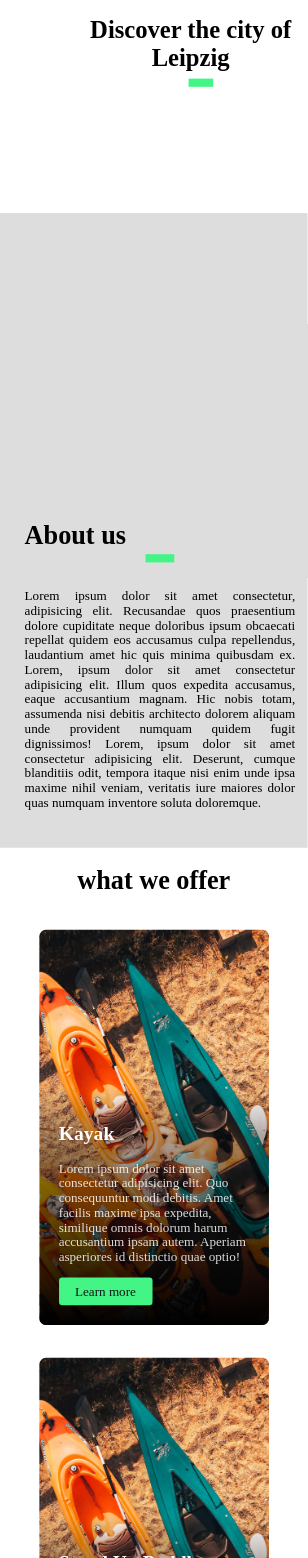
Repository: joseluis2289/Responsive-club-website
Page: index.html
The author's editor kept a copy of each file at every save. The page is drawn from the files as they stood at one save, then again after the next save.
The browser window is 375 px wide. The pictures show the part of the page from y = 845 to 2745 px (the page is 4357 px tall), at 82% of full size.
Pictures or frames that could not be fetched are drawn as grey boxes.

Above is the page before, as saved 2021-08-24 13:25:10.

### index.html
<!DOCTYPE html>
<html lang="en">
<head>
    <meta charset="UTF-8">
    <meta http-equiv="X-UA-Compatible" content="IE=edge">
    <meta name="viewport" content="width=device-width, initial-scale=1.0">
    <link rel="stylesheet" href="style.css">
    <script src="script.js" defer></script>
    <title>Responsive-Club-website</title>
</head>
<body>

    <nav class="navbar">
        <!-- hamburger toggle -->
        <div class="brand-title">Club-Website</div>
        <a href="#" class="toggle-button">
            <span class="bar"></span>
            <span class="bar"></span>
            <span class="bar"></span>
        </a>

        <div class="nav-links">
            <ul>
                <li><a href="#">Home</a></li>
                <li><a href="#">About</a></li>
                <li><a href="#">Contact</a></li>
            </ul>
        </div>
    </nav>
<div class="banner"></div>

<section class="welcome">
    <h1 class="discover-title">Discover the city of Leipzig</h1>
    <p class="p-discover">Discover the "water city of Leipzig". No matter whether by paddle <strong>or canoe or rowing boat.</strong>The city and its surroundings are among the most beautiful paddling areas in Saxony. Leipzig offers an incomparable combination of urban flair, unique Wilhelminian style architecture Unesco World Heritage Site and natural paradise Leipzig floodplain forest. Overall, the city has almost 300 km of extensive river and canal landscape.</p>

</section>

<!-- about us section -->
<div class="grid-container-about">
    <img class="grid-item-img" src="./Cosmetics Discount Sale Landscape Banner.png" alt="about">
    <div class="grid-item-text"><h1><a class="aboutUs-title" href="#">About us</a></h1><p class="aboutUs-text"> Lorem ipsum dolor sit amet consectetur, adipisicing elit. Recusandae quos praesentium dolore cupiditate neque doloribus ipsum obcaecati repellat quidem eos accusamus culpa repellendus, laudantium amet hic quis minima quibusdam ex. Lorem, ipsum dolor sit amet consectetur adipisicing elit. Illum quos expedita accusamus, eaque accusantium magnam. Hic nobis totam, assumenda nisi debitis architecto dolorem aliquam unde provident numquam quidem fugit dignissimos! Lorem, ipsum dolor sit amet consectetur adipisicing elit. Deserunt, cumque blanditiis odit, tempora itaque nisi enim unde ipsa maxime nihil veniam, veritatis iure maiores dolor quas numquam inventore soluta doloremque.</p></div>
</div>

<h1 class="tittle-what-we-offer">what we offer</h1>


<div class="card-container">
    <div class="card">
        <div class="card-content">
        <h2 class="card-title">Kayak</h2>
        <p class="card-body">Lorem ipsum dolor sit amet consectetur adipisicing elit. Quo consequuntur modi debitis. Amet facilis maxime ipsa expedita, similique omnis dolorum harum accusantium ipsam autem. Aperiam asperiores id distinctio quae optio!</p>
        <a href="#" class="button">Learn more</a>
    </div>
    </div>

    <div class="card">
        <div class="card-content">
        <h2 class="card-title"> Stand Up Paddle</h2>
        <p class="card-body">Lorem ipsum dolor sit amet consectetur adipisicing elit. Quo consequuntur modi debitis. Amet facilis maxime ipsa expedita, similique omnis dolorum harum accusantium ipsam autem. Aperiam asperiores id distinctio quae optio!</p>
        <a href="#" class="button">Learn more</a>
    </div>
    </div>


    <div class="card">
        <div class="card-content">
        <h2 class="card-title">Canoe</h2>
        <p class="card-body">Lorem ipsum dolor sit amet consectetur adipisicing elit. Quo consequuntur modi debitis. Amet facilis maxime ipsa expedita, similique omnis dolorum harum accusantium ipsam autem. Aperiam asperiores id distinctio quae optio!</p>
        <a href="#" class="button">Learn more</a>
    </div>
    </div>

</div>





<!-- <section class="what-we-offer">
     <!-- <div class="kayak">kayak</div>
   <img class="kayak" src="./kayak.png" alt="kayak">
   <img class="kayak" src="./boat.png" alt="boat">
   <img class="kayak" src="./sup.png" alt="sup">
</section> -->




<section class="register">
    <form id="register" action="#">
        <h2 class="register-title">Register now!</h2>
        <label for="first-name">First-name:</label>
        <br/>
        <input type="text" name="first-name" id='name' placeholder="Enter your name">
        <br/>
        <label for="last-name">Last-name:</label>
        <br/>
        <input type="text" name="last-name" id="name" placeholder="Enter your last name">
        <br/>
        <label for="email">Email:</label>
        <br/>
        <input type="text" name="email" id="name" placeholder="Enter your email">
        <br/>&nbsp;
        <!-- <label for="gender">Gender:</label>
        <br/>
        <input type="radio" name="gender" id="male">
        &nbsp;
        <span id="male">Male</span>
        &nbsp; &nbsp;
        <input type="radio" name="gender" id="female">
        &nbsp;
        <span id="female">Female</span> -->
        <br/> <br/>
    <input type="submit" value="submit" name="submit" id="submit">
    </form>
</section>

<footer class="footer">
    <div>footer</div>
</footer>
</body>
</html>

### style.css
:root{
    --clr-neutral-900: hsl(207,19%,9%);
    --crl-neutral-100: hsl(0,0%,100%);
    --crl-accent-400: hsl(142, 90%, 61%);

}

*,
*::before,
*::after {
    box-sizing: border-box;
}


*{
    box-sizing: border-box;
}

body{
    margin: 0;
    border: 0;
}

.navbar{
    display: flex;
    justify-content: space-between;
    align-items: center;
    background-color: #333;
    color: white;
    font-family: 'Poppins', sans-serif;

}

.brand-title{
    font-size: 1.6rem;
    margin: .5rem;
    text-transform: uppercase;
    letter-spacing: 4px;
    -webkit-box-shadow: 0 10px 6px -6px rgb(80, 73, 73);
    -moz-box-shadow:0 10px 6px -6px rgb(114, 110, 110);
    box-shadow: 0 10px 6px -6px rgb(136, 133, 133);
    border-radius:10px;
}

.nav-links ul {
    margin: 0;
    padding: 0;
    display: flex;
}
.nav-links li {
    list-style: none;
}

.nav-links li a {
    text-decoration: none;
    color: white;
    padding: 1rem;
    display: block;
}
.nav-links li:hover{
    background-color:#555;
}

.toggle-button {
    position: absolute;
    top: .75rem;
    right: 1rem;
    display: none;
    flex-direction: column;
    justify-content: space-between;
    width: 30px;
    height: 22px;
}

.toggle-button .bar {
    height: 3px;
    width: 100%;
    background-color: white;
    border-radius: 10px;
}

.banner{
    background-image: url("/Cosmetics\ Discount\ Sale\ Landscape\ Banner.png");
    background-repeat: no-repeat;
    background-position: cover;
    background-size: 100% 100vh;
    height: 100vh;
}

/* discover the city of Leipzig */
.welcome{
    text-align: center;
    height: 30vh;

}
.discover-title{
    display: block;
    position: relative;
    cursor: pointer;
}
.discover-title::after{
    content:"";
    position: absolute;
    left: 620px;
    background: var(--crl-accent-400);
    display: block;
    border: 0;
    margin: 0.5rem 0;
    width:300px;
    height: 10px;
    transform: scaleX(0.1);
    transition: transform 0.4s ease;

}

.discover-title:hover:after,
.discover-title:active:after{
    transform: scaleX(1);
    transform-origin: left;
    transition: transform 0.5s ease;
}


.grid-container-about{
    background-color: #ddd;
    display: grid;
    grid-template-columns: 1fr 1fr;
    padding: 30px;
}
.grid-item-img{
    width: 400px;
    height: 40vh;
    border-radius:10px;

}

/* about us  */

.aboutUs-title{
color: #000;
text-decoration: none;
border: 0;
margin: 0.5rem 0;
line-height: 1.4;
display: block;
position: relative;
}

.aboutUs-title:after{
    position: absolute;
    content: "";
    background: var(--crl-accent-400);
    display: block;
    left:0;
    bottom:0;
    line-height: 1.4;
    width:100%;
    height: 10px;
    transform: scaleX(0.1);
    transition: transform 0.4s ease;

}

.aboutUs-title:hover:after,
.aboutUs-title:active:after{
    transform: scaleX(1);
    transform-origin: left bottom;
    transition: transform 0.5s ease;
}




/* what we offer cards */
.tittle-what-we-offer{
    text-align: center;
}

.card-container{
    display: flex;
    justify-content: space-around;
}

.card{
    color: var(--crl-neutral-100);
    background-image: url(./we-offer.jpg);
    background-size: cover;
    padding: 12rem 0 0;
    /* ch is 35 character wide */
    max-width: 35ch;
    border-radius: 0.5rem;
    overflow: hidden;
    transition: transform 500ms ease;

}

.card:hover{
    transform: scale(1.05);
}



.card-content{
    /* this variable only exist within the card content */
    --padding: 1.5rem;
    padding: var(--padding);
    /* here im appying some saturation and opacity of the backgroud card in order to king of fade it out */
    background: linear-gradient(
        hsl(0 0% 0% / 0),
        hsl(0 0% 0% / 0.3) 20%,
        hsl(0 0% 0% / 1)
    );
}

.card-title{
    position: relative;
    /* max-content it line up the with of the title */
    width: max-content;


}

.card-title::after{
    content:"";
    position: absolute;
    height: 4px;
    /* here I'm moving the green bar to the left in order to animate */
    left: calc(var(--padding) * -1 );
    bottom: 0;
    width: calc(100% + var(--padding));
    background: var(--crl-accent-400);
    /* here I'm animating the green bar from left to right */
    transform-origin: left;
    transform: scaleX(0);
    transition: transform 500ms ease;
}

.card:hover .card-title::after{
    transform: scaleX(1);
}

.card-body{
    color: rgb(255 255 255 / 0.85);
}

.button{
    cursor:pointer;
    display: inline-block;
    padding: 0.5em 1.3em;
    text-decoration: none;
    color: var(--clr-neutral-900);
    background-color: var(--crl-accent-400);
    padding: 0.5em 1.25em;
    border-radius: 0.25em;
}


.button:hover,
.button:focus {
    background-color: var(--crl-neutral-100);
}


/* .what-we-offer{
    display: grid;
    grid-template-columns: 1fr 1fr 1fr;
    display: flex;
    justify-content: space-around;
}
.kayak{
    /* background-image:url("kayak.png");
    height: 40vh;
    margin: 10px;
    border-radius:10px;
    background: #ddd;
    box-shadow: 0 6px 10px rgba(14, 13, 13, 0.08), 0 0 6px rgba(0, 0, 0, 0.05);
    cursor: pointer;
}


.kayak:hover{
    border: rgba(0, 0, 0, 0.05) solid 0;
    transform: scale(1.05);
    box-shadow: 0 10px 20px rgba(0, 0, 0, 0.12), 0 4px 8px rgba(0, 0, 0, 0.06);
    transition: 0.3s;
} */

/* register */
.register-title{
    text-align: center;
    padding: 20px;
    font-family:'Poppins', sans-serif;
}
#register{

    background-color:rgba(0, 0, 0, 0.05);
    width: 600px;
    font-size: 18px;
    border-radius:10px;
    border:1px solid rgba(214, 210, 210, 0.3);
    box-shadow: 2px 2px 15px;
    color:rgb(24, 21, 21);
    margin: 50px auto;
    text-align: center;
    padding: 20px;

}
label{
    font-family:'Poppins', sans-serif;
    font-size: 18px;
}
input#name{
    width: 300px;
    border: 1px solid #ddd;
    border-radius: 3px;
    outline: 0;
    padding: 7px;
    background-color: #fff;
    box-shadow: inset 1px 1px 5px
    rgba(0,0,0,0.3);
}


input#submit{
    width: 200px;
    padding: 7px;
    font-size: 16px;
    font-family: sans-serif;
    font-weight: 600;
    border: none;
    border-radius:3px;
    background-color:rgba(250, 100, 0, 0.8);
    color:black;
    cursor:pointer;
    border:1px solid rgba(255, 255, 255, 0.3);
    box-shadow: 1px 1px 5px rgba(0, 0, 0, 0.3);
    margin-bottom: 20px;
}

/* label,span,h2{
     text-shadow: 1px 1px 5px rgba(0, 0, 0, 0.3);
} */

/* footer */
.footer{
    width: 100%;
    height: 40vh;
    background-color:#000;
    color:whitesmoke;
}

@media(min-width: 320px) and (max-width: 480px){
    .toggle-button{
        display: flex;
        justify-content: space-around;

    }
    .nav-links{
        display: none;
         width: 100%;
    }
    .navbar{
        flex-direction: column;
        align-items: flex-start;
        width: 100%;
    }
    .banner{
        background-image: url("/Cosmetics\ Discount\ Sale\ Landscape\ Banner.png");
        background-repeat: no-repeat;
        background-position: cover;
        background-size: 100% 100vh;
        height: 100vh;
        width: 100%;
    }
    .nav-links ul {
        width: 100%;

        flex-direction: column;

    }
    .nav-links li {
        text-align: center;
    }
    .nav-links li a {
        padding: .5rem 1rem;
    }
    .nav-links.active{
        display: flex;

    }
    .discover-title::after{
        left: 5px;
    }
    .discover-title{
        margin: 20px 0 25px 90px;
        font-size: 30px;
    }
    .p-discover{
        text-align: justify;
        text-justify: inter-word;
        width: 450px;
        margin:0 auto 0 20px;
        font-size: 0px;
    }
    .grid-container-about{
        /* margin: 30px 0 0; */
        background-color: #ddd;
        display: grid;
        grid-template-columns: 1fr;
        padding: 20px;
        width: ;
    }
    .grid-item-img{
        width: 00px;
    }
    .aboutUs-title{

        padding: 10px;
    }
    .aboutUs-text{
        text-align: justify;
        text-justify: inter-word;
        width: 350px;
        padding: 10px;

    }
    .card-container{
        display: flex;
        flex-direction: column;


    }
    .card{
        margin: 20px auto;
    }


    #register{
        width: 300px;
    }

    input#name{
        width: 200px;
    }


}

/* ##Device = Low Resolution Tablets, Mobiles (Landscape)
##Screen = B/w 481px to 767px */

@media (min-width: 481px) and (max-width: 767px){
    .navbar{
        width: 780px;
        flex-direction: row;
        justify-content: space-around;
        align-content: center;
    }
    .banner{
        background-image: url("/Cosmetics\ Discount\ Sale\ Landscape\ Banner.png");
        background-repeat: no-repeat;
        background-position: cover;
        background-size: 100% 100vh;
        height: 100vh;
        width: 780px;
    }

    .discover-title::after{
        left: 260px;
        margin: 0 0 30px;

    }
    .discover-title{
        width: 800px;
        text-align: center;
    }
    .p-discover{
        text-align: justify;
        text-justify: inter-word;
        width: 700px;
        padding: 0.7em 5em;
        margin:20px 0 0 60px;
        font-size: 20px;

    }
    .grid-container-about{
        width: 800px;
        margin: 40px 0;
        background-color: #ddd;
        display: grid;
        grid-template-columns: 1fr;
        padding: 90px;
    }
    .aboutUs-text{
        text-align: justify;
        text-justify: inter-word;
        width: 550px;
    }
    .card-container{
        display: flex;
        flex-direction: column;


    }
    .card{
        margin: 20px auto;
    }

}

### script.js
const toggleButton = document.getElementsByClassName("toggle-button")[0]
const navBarLinks = document.getElementsByClassName("nav-links")[0]

toggleButton.addEventListener("click", () =>{
    // toggle the active class so If the active class does exist it will add it and viceversa
    navBarLinks.classList.toggle("active")
}
)

After the next save:
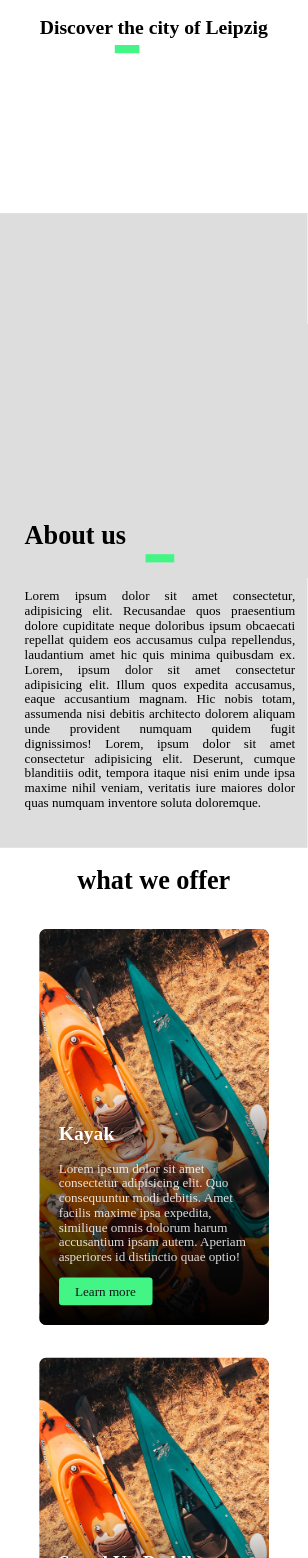
Saved 55 s later.
--- a/style.css
+++ b/style.css
@@ -392,8 +392,7 @@ input#submit{
         left: 5px;
     }
     .discover-title{
-        margin: 20px 0 25px 90px;
-        font-size: 30px;
+
     }
     .p-discover{
         text-align: justify;
